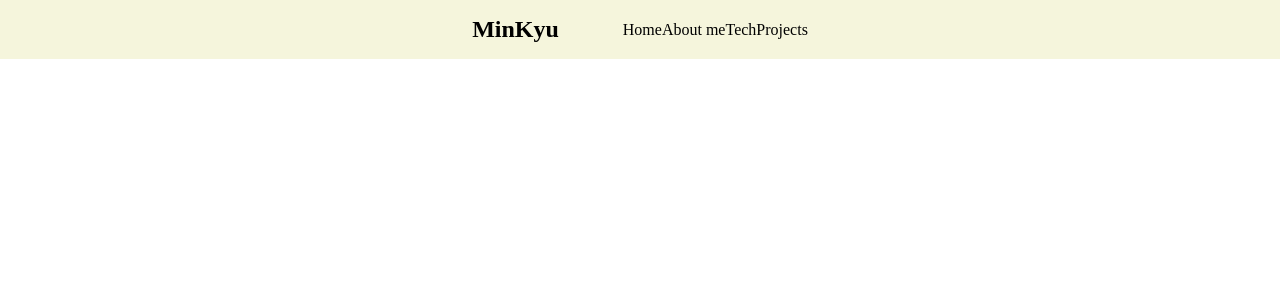
Repository: alsrb0504/portfolio-blog
Page: /
An editor plug-in stored every save of this project. The page is shown before and after the next save, followed by the edit.
The browser window is 1280 px wide. The pictures show the whole page.
The project was rebuilt for these pictures with package versions that can differ from the ones it lists, and the page was loaded fresh each time. Also part of the build but not shown: src/app.module.css.

Above is the page before, as saved 2021-07-12 15:46:53.

### src/index.css
* {
  box-sizing: border-box;
  border: 0;
  margin: 0;
  padding: 0;
}

### src/app.jsx
import './app.module.css';
import Header from './components/header/header';

function App() {
  return (
    <>
      <Header />
    </>
  );
}

export default App;

### src/components/header/header.jsx
import React from 'react';
import styles from './header.module.css';

const Header = (props) => {


  return(
    <header className={styles.header}>
      <h2 className={styles.title}>MinKyu</h2>
      <ul className={styles.menus}>
        <li className={styles.menu}><span>Home</span></li>
        <li className={styles.menu}><span>About me</span></li>
        <li className={styles.menu}><span>Tech</span></li>
        <li className={styles.menu}><span>Projects</span></li>
      </ul>
    </header>
  )
}

export default Header;

### src/components/header/header.module.css
.header {
  background-color: beige;
  width: 100%;
  padding: 1rem 0;
  display: flex;
  justify-content: center;
  align-items: center;
}

.title {
  /* margin: 0; */
  margin-right: 4rem;
}

.menus {
  /* margin: 0; */
  /* padding: 0; */
  display: flex;
}

.menu {
  list-style: none;
}

Loaded but not shown: public/index.html (common file); src/index.js (common file); src/reportWebVitals.js (common file)

After the next save:
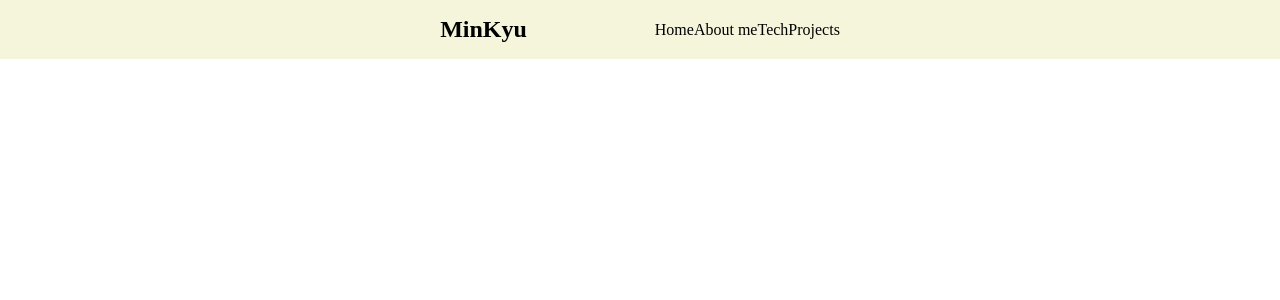
Saved 12 s later.
--- a/src/components/header/header.module.css
+++ b/src/components/header/header.module.css
@@ -16,6 +16,7 @@
   /* margin: 0; */
   /* padding: 0; */
   display: flex;
+  margin-left: 4rem;
 }
 
 .menu {
